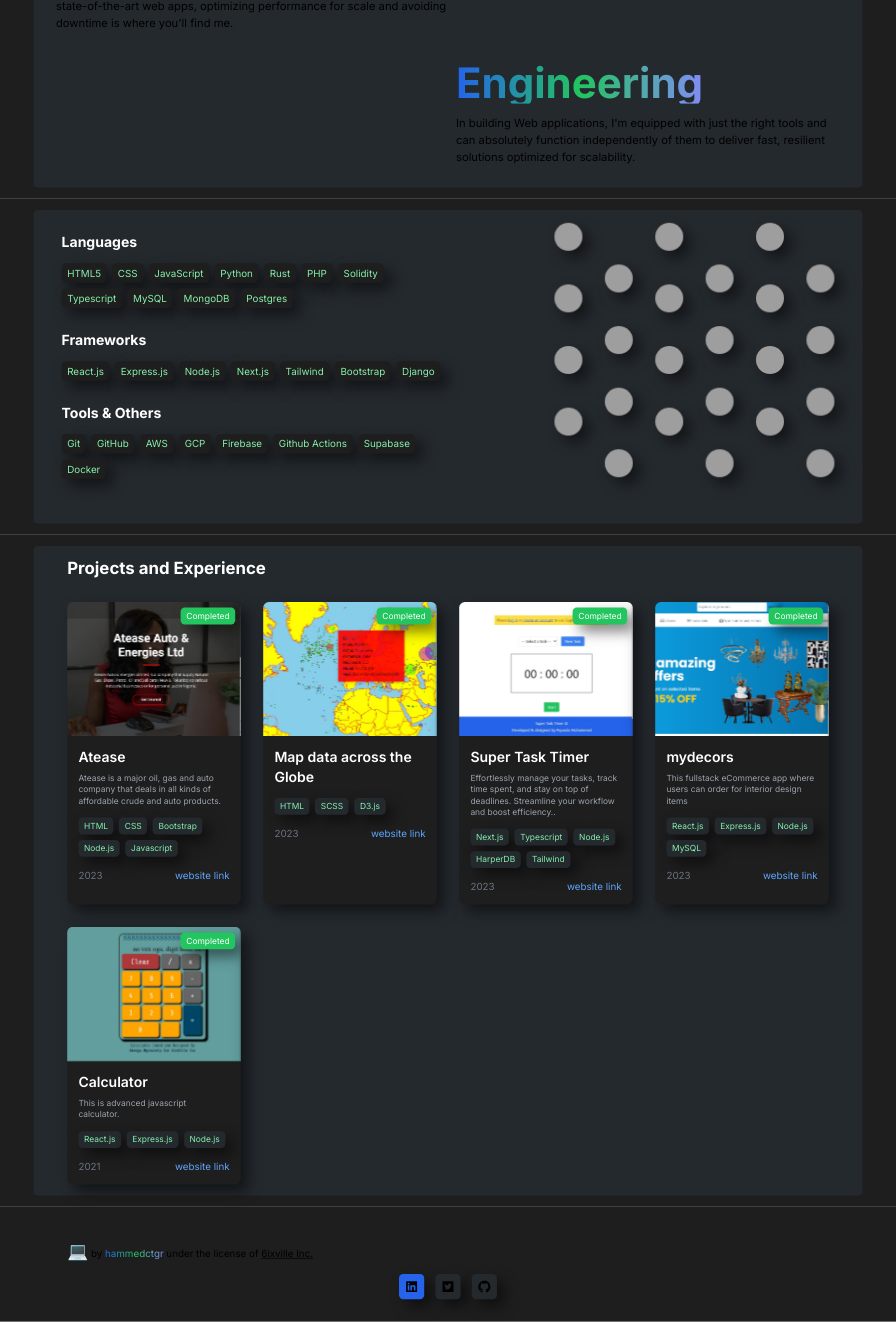
Repository: muhammedctgr/hammedctgr
Page: /
An editor plug-in stored every save of this project. The page is shown before and after a run of saves, followed by the edit.
The browser window is 1280 px wide. The pictures show the part of the page from y = 760 to 2680 px (the page is 2648 px tall before and 2680 px after), at 70% of full size.
Pictures or frames that could not be fetched are drawn as grey boxes. The project was rebuilt for these pictures with package versions that can differ from the ones it lists, and the page was loaded fresh each time. The framework's server and built-in components were replaced by stand-ins that run in the browser. Also part of the build but not shown: next.config.mjs.

Above is the page before, as saved 2024-08-18 10:09:28.

### app/layout.tsx
import type { Metadata } from "next";
import { Inter } from "next/font/google";
import "./globals.css";

const inter = Inter({ subsets: ["latin"] });

export const metadata: Metadata = {
  title: "Popoola Muhammed",
  description: "Generated by create next app",
};

export default function RootLayout({
  children,
}: Readonly<{
  children: React.ReactNode;
}>) {
  return (
    <html lang="en">
      <body className={inter.className}>{children}</body>
    </html>
  );
}

### app/page.tsx
import Head from 'next/head';
import Hero from '../components/Hero';
import SkillsSection from '@/components/SkillsSection';
import SummarySection from '@/components/SummarySection';
import ProjectsSection from '@/components/ProjectsSection';
import Footer from '@/components/Footer';

const Home = () => (
  <div>
    <Head>
      <title>Popoola Muhammed | Fullstack Dev</title>
      <meta name="description" content="Welcome to my developer portfolio" />
    </Head>

    <Hero />
    <SummarySection />
    <SkillsSection />
    <ProjectsSection />
    <Footer />
  </div>
);

export default Home;

### app/globals.css
@tailwind base;
@tailwind components;
@tailwind utilities;

:root {
  --foreground-rgb: 0, 0, 0;
  --background-start-rgb: 214, 219, 220;
  --background-end-rgb: 255, 255, 255;
}

@media (prefers-color-scheme: dark) {
  :root {
    --foreground-rgb: 255, 255, 255;
    --background-start-rgb: 0, 0, 0;
    --background-end-rgb: 0, 0, 0;
  }
}

body {
  color: rgb(var(--foreground-rgb));
  background: linear-gradient(
      to bottom,
      transparent,
      rgb(var(--background-end-rgb))
    )
    rgb(var(--background-start-rgb));
}

@layer utilities {
  .text-balance {
    text-wrap: balance;
  }
}


@keyframes upDown {
  0%, 100% {
    transform: translateY(0);
  }
  50% {
    transform: translateY(-10px); /* Adjust the value as needed */
  }
}

.animate-upDown {
  animation: upDown 2s infinite ease-in-out; /* Adjust duration as needed */
}


@keyframes scroll-medium {
  0% {
    transform: translateY(-100%);
  }
  100% {
    transform: translateY(100%);
  }
}

@keyframes scroll-fast {
  0% {
    transform: translateY(-100%);
  }
  100% {
    transform: translateY(30vh);
  }
}

@keyframes scroll-upfast {
  0% {
    transform: translateY(100%);
  }
  100% {
    transform: translateY(-30vh);
  }
}

.animate-scroll-upfast {
  animation: scroll-upfast 2s linear infinite;
}

.animate-scroll-fast {
  animation: scroll-fast 2s linear infinite;
}

.animate-scroll-medium {
  animation: scroll-medium 6s linear infinite;
}

.animate-scroll-delay {
  animation-delay: 2s;
}

.animate-scroll-delay-long {
  animation-delay: 4s;
}

.animate-scroll {
  animation: scroll 10s linear infinite;
}

.neumorph {
  border-radius: 5px;
  background: linear-gradient(145deg, #161414, #1a1818);
  box-shadow:  5px 5px 10px #111010,
               -5px -5px 10px #1f1c1c;
}

@keyframes slide {
  0% { transform: translateX(0); }
  100% { transform: translateX(-100%); }
}

.infinite-scroll {
  display: flex;
  animation: slide 2s ease-in-out infinite;
}

.infinite-scroll img {
  min-width: 100%;
}

### components/Hero.tsx
import Image from 'next/image';
import profilePic from '../public/profile.png';
import { AiFillLinkedin, AiFillGithub, AiFillTwitterSquare, AiFillX } from 'react-icons/ai';

const Hero = () => {
  return (
    <section className="bg-gptGray px-4 py-4 md:pt-8 md:px-8 lg:px-12 text-white flex items-center">
  <div className="container bg-githubGray shadow-lg rounded-md mx-auto flex flex-col md:flex-row md:px-2 relative overflow-hidden">
    <div className="flex-1 text-left p-4 md:p-8">
      <div className="inline-block bg-blue-600 text-black py-1 px-3 mb-4 rounded-md">
        Hi, I’m
      </div>
      <div className="mb-6">
        <h1 className="text-xl md:text-3xl font-bold">Popoola Muhammed</h1>
        <p className="mt-2 text-lg md:text-xl">Full-Stack Developer, I build and manage</p>
      </div>
      <ul className="mt-4 list-disc list-inside text-xs md:text-base">
        <li>Highly Optimized and Responsive <span className="text-blue-600">FRONT-END</span></li>
        <li>Secure and Scalable <span className="text-blue-600">BACK-END & DATABASE</span></li>
        <li><span className="text-blue-600">IT</span> Infrastructure</li>
      </ul>
      <div className="mt-6">
        <a href="#contact" className="underline">Let’s Connect</a>
        <div className="mt-2 flex justify-start space-x-4">
          <a href="#" className="bg-blue-600 p-2 rounded-md shadow-deep-all transform transition-transform duration-300 hover:scale-110">
            <AiFillLinkedin size={20} />
          </a>
          <a href="#" className="bg-githubGray p-2 rounded-md shadow-deep-all transform transition-transform duration-300 hover:scale-110">
            <AiFillTwitterSquare size={20} />
          </a>
          <a href="#" className="bg-githubGray p-2 rounded-md shadow-deep-all transform transition-transform duration-300 hover:scale-110">
            <AiFillGithub size={20} />
          </a>
        </div>
      </div>
    </div>
    <div className="relative flex-1 p-4 md:p-8">
      <img src="https://cdn.jsdelivr.net/gh/devicons/devicon@latest/icons/python/python-original.svg" className="right-4 w-8 h-8 md:w-16 md:h-16 lg:w-16 lg:h-16 bg-gptGray rounded-md animate-bounce shadow-deep-all" />
      <div className="relative w-40 h-40 md:w-72 md:h-72 lg:w-96 lg:h-96 mx-auto">
        <Image src={profilePic} alt="Popoola Muhammed" layout="fill" className="rounded-full object-cover animate-upDown" />
      </div>
      <img src="https://cdn.jsdelivr.net/gh/devicons/devicon@latest/icons/rust/rust-original.svg"  className="w-8 h-8 md:w-16 md:h-16 lg:w-16 lg:h-16 bg-gptGray rounded-3xl shadow-deep-all animate-bounce absolute top-8 right-4" />
      <img src="https://cdn.jsdelivr.net/gh/devicons/devicon@latest/icons/javascript/javascript-original.svg" className="w-8 h-8 md:w-12 md:h-12 lg:w-12 lg:h-12 bg-gptGray rounded-md animate-bounce shadow-deep-all" />
    </div>
    <img src="https://cdn.jsdelivr.net/gh/devicons/devicon@latest/icons/nextjs/nextjs-original.svg" className="w-8 h-8 md:w-12 md:h-12 lg:w-12 lg:h-12 bg-gptGray rounded-3xl shadow-deep-all animate-bounce absolute bottom-4 right-36" />
  </div>
</section>
  );
};

export default Hero;

### components/SkillsSection.tsx
import Image from 'next/image';
import { FC } from 'react';

interface SkillCategory {
  title: string;
  skills: { name: string; }[];
}

const skills: SkillCategory[] = [
  {
    title: "Languages",
    skills: [
      { name: "HTML5",  },
      { name: "CSS", },
      { name: "JavaScript",  },
      { name: "Python", },
      { name: "Rust",  },
      { name: "PHP", },
      { name: "Solidity",  },
      { name: "Typescript",  },
      { name: "MySQL",  },
      { name: "MongoDB", },
      { name: "Postgres", },
    ],
  },
  {
    title: "Frameworks",
    skills: [
      { name: "React.js", },
      { name: "Express.js",  },
      { name: "Node.js", },
      { name: "Next.js", },
      { name: "Tailwind", },
      { name: "Bootstrap", },
      { name: "Django", }
    ],
  },
  {
    title: "Tools & Others",
    skills: [
      { name: "Git",  },
      { name: "GitHub",  },
      { name: "AWS", },
      { name: "GCP", },
      { name: "Firebase", },
      { name: "Github Actions", },
      { name: "Supabase",  },
      { name: "Docker",  },
    ],
  },
];

const icons = [
  "/icons/html5.svg", // Replace with your icon paths
  "/icons/css3.svg",
  "/icons/javascript.svg",
  "/icons/python.svg",
  // Add the rest of the icons as needed
];

const SkillsSection: FC = () => {
  return (
  <section className="px-4 py-4 md:px-8 lg:px-12 bg-gptGray text-white w-full h-full">
  <div className="container bg-githubGray rounded-md mx-auto flex flex-col md:flex-row items-start md:px-2">
    <div className="flex-1 p-4 md:p-8">
      {skills.map((category) => (
        <div key={category.title} className="mb-8">
          <h2 className="text-lg md:text-xl font-bold mb-4 ">{category.title}</h2>
          <div className="flex flex-wrap gap-2">
            {category.skills.map((skill) => (
              <span
                key={skill.name}
                className={`px-2 py-1 rounded-md text-sm shadow-deep-all bg-gptGray text-green-300`}
              >
                {skill.name}
              </span>
            ))}
          </div>
        </div>
      ))}
    </div>
    <div className="flex-1 flex flex-col items-center md:items-end overflow-hidden md:pb-8">
      <div className="grid grid-cols-6 md:grid-cols-6 gap-8 p-4 md:p-8">
      <img src="https://cdn.jsdelivr.net/gh/devicons/devicon@latest/icons/html5/html5-original.svg" className="w-10 h-10 md:w-10 md:h-10 lg:w-10 lg:h-10 bg-gptGray rounded-3xl shadow-deep-all mt-4 animate-scroll-fast" />
      <img src="https://cdn.jsdelivr.net/gh/devicons/devicon@latest/icons/css3/css3-original.svg" className="w-10 h-10 md:w-10 md:h-10 lg:w-10 lg:h-10 bg-gptGray rounded-3xl shadow-deep-all mt-4 animate-scroll-upfast" />
      <img src="https://cdn.jsdelivr.net/gh/devicons/devicon@latest/icons/javascript/javascript-original.svg" className="w-10 h-10 md:w-10 md:h-10 lg:w-10 lg:h-10 bg-gptGray rounded-3xl shadow-deep-all mt-4 animate-scroll-fast" />
      <img src="https://cdn.jsdelivr.net/gh/devicons/devicon@latest/icons/python/python-original.svg" className="w-10 h-10 md:w-10 md:h-10 lg:w-10 lg:h-10 bg-gptGray rounded-3xl shadow-deep-all mt-4 animate-scroll-upfast" />
      <img src="https://cdn.jsdelivr.net/gh/devicons/devicon@latest/icons/rust/rust-original.svg"  className="w-10 h-10 md:w-10 md:h-10 lg:w-10 lg:h-10 bg-gptGray rounded-3xl shadow-deep-all mt-4 animate-scroll-fast" />
      <img src="https://cdn.jsdelivr.net/gh/devicons/devicon@latest/icons/php/php-original.svg" className="w-10 h-10 md:w-10 md:h-10 lg:w-10 lg:h-10 bg-gptGray rounded-3xl shadow-deep-all mt-4 animate-scroll-upfast"  />
      <img src="https://cdn.jsdelivr.net/gh/devicons/devicon@latest/icons/solidity/solidity-original.svg" className="w-10 h-10 md:w-10 md:h-10 lg:w-10 lg:h-10 bg-gptGray rounded-3xl shadow-deep-all mt-4 animate-scroll-fast" />
      <img src="https://cdn.jsdelivr.net/gh/devicons/devicon@latest/icons/typescript/typescript-original.svg" className="w-10 h-10 md:w-10 md:h-10 lg:w-10 lg:h-10 bg-gptGray rounded-3xl shadow-deep-all mt-4 animate-scroll-upfast" />
      <img src="https://cdn.jsdelivr.net/gh/devicons/devicon@latest/icons/mysql/mysql-original.svg" className="w-10 h-10 md:w-10 md:h-10 lg:w-10 lg:h-10 bg-gptGray rounded-3xl shadow-deep-all mt-4 animate-scroll-fast" />
      <img src="https://cdn.jsdelivr.net/gh/devicons/devicon@latest/icons/mongodb/mongodb-original.svg" className="w-10 h-10 md:w-10 md:h-10 lg:w-10 lg:h-10 bg-gptGray rounded-3xl shadow-deep-all mt-4 animate-scroll-upfast" />
      <img src="https://cdn.jsdelivr.net/gh/devicons/devicon@latest/icons/react/react-original.svg" className="w-10 h-10 md:w-10 md:h-10 lg:w-10 lg:h-10 bg-gptGray rounded-3xl shadow-deep-all mt-4 animate-scroll-fast" />
      <img src="https://cdn.jsdelivr.net/gh/devicons/devicon@latest/icons/nextjs/nextjs-original.svg" className="w-10 h-10 md:w-10 md:h-10 lg:w-10 lg:h-10 bg-gptGray rounded-3xl shadow-deep-all mt-4 animate-scroll-upfast" />
      <img src="https://cdn.jsdelivr.net/gh/devicons/devicon@latest/icons/tailwindcss/tailwindcss-original.svg" className="w-10 h-10 md:w-10 md:h-10 lg:w-10 lg:h-10 bg-gptGray rounded-3xl shadow-deep-all mt-4 animate-scroll-fast" />
      <img src="https://cdn.jsdelivr.net/gh/devicons/devicon@latest/icons/git/git-original.svg" className="w-10 h-10 md:w-10 md:h-10 lg:w-10 lg:h-10 bg-gptGray rounded-3xl shadow-deep-all mt-4 animate-scroll-upfast" />
      <img src="https://cdn.jsdelivr.net/gh/devicons/devicon@latest/icons/github/github-original.svg" className="w-10 h-10 md:w-10 md:h-10 lg:w-10 lg:h-10 bg-gptGray rounded-3xl shadow-deep-all mt-4 animate-scroll-fast" />
      <img src="https://cdn.jsdelivr.net/gh/devicons/devicon@latest/icons/amazonwebservices/amazonwebservices-original-wordmark.svg" className="w-10 h-10 md:w-10 md:h-10 lg:w-10 lg:h-10 bg-gptGray rounded-3xl shadow-deep-all mt-4 animate-scroll-upfast" />
      <img src="https://cdn.jsdelivr.net/gh/devicons/devicon@latest/icons/googlecloud/googlecloud-original.svg" className="w-10 h-10 md:w-10 md:h-10 lg:w-10 lg:h-10 bg-gptGray rounded-3xl shadow-deep-all mt-4 animate-scroll-fast" />
      <img src="https://cdn.jsdelivr.net/gh/devicons/devicon@latest/icons/postgresql/postgresql-original.svg" className="w-10 h-10 md:w-10 md:h-10 lg:w-10 lg:h-10 bg-gptGray rounded-3xl shadow-deep-all mt-4 animate-scroll-upfast" />
      <img src="https://cdn.jsdelivr.net/gh/devicons/devicon@latest/icons/supabase/supabase-original.svg" className="w-10 h-10 md:w-10 md:h-10 lg:w-10 lg:h-10 bg-gptGray rounded-3xl shadow-deep-all mt-4 animate-scroll-fast" />
      <img src="https://cdn.jsdelivr.net/gh/devicons/devicon@latest/icons/docker/docker-original.svg" className="w-10 h-10 md:w-10 md:h-10 lg:w-10 lg:h-10 bg-gptGray rounded-3xl shadow-deep-all mt-4 animate-scroll-upfast" />
      <img src="https://cdn.jsdelivr.net/gh/devicons/devicon@latest/icons/django/django-plain.svg" className="w-10 h-10 md:w-10 md:h-10 lg:w-10 lg:h-10 bg-gptGray rounded-3xl shadow-deep-all mt-4 animate-scroll-fast" />
      <img src="https://cdn.jsdelivr.net/gh/devicons/devicon@latest/icons/bootstrap/bootstrap-original.svg" className="w-10 h-10 md:w-10 md:h-10 lg:w-10 lg:h-10 bg-gptGray rounded-3xl shadow-deep-all mt-4 animate-scroll-upfast" />
      <img src="https://cdn.jsdelivr.net/gh/devicons/devicon@latest/icons/nodejs/nodejs-original.svg" className="w-10 h-10 md:w-10 md:h-10 lg:w-10 lg:h-10 bg-gptGray rounded-3xl shadow-deep-all mt-4 animate-scroll-fast" />
      <img src="https://cdn.jsdelivr.net/gh/devicons/devicon@latest/icons/githubactions/githubactions-original.svg" className="w-10 h-10 md:w-10 md:h-10 lg:w-10 lg:h-10 bg-gptGray rounded-3xl shadow-deep-all mt-4 animate-scroll-upfast" />
      </div>
    </div>
  </div>
</section>
  );
};

export default SkillsSection;

### components/SummarySection.tsx
import { FC } from 'react';

const SummarySection: FC = () => {
  return (
<section className="px-4 py-4 md:px-8 lg:px-12 bg-gptGray relative overflow-hidden">
  <div className="container bg-githubGray mx-auto flex rounded-md flex-col md:flex-row justify-between items-start md:px-8 p-4 md:p-8">
    <div className=" mb-8 md:mb-8">
      <div className="mb-4">
        <span className="text-4xl md:text-6xl font-bold bg-gradient-to-r from-blue-600 via-green-500 to-indigo-400 inline-block text-transparent bg-clip-text">Software</span>
      </div>
      <p className="text-sm md:text-base">
        I'm probably not the typical dev stationed behind a computer, but building state-of-the-art web apps, optimizing performance for scale and avoiding downtime is where you'll find me.
      </p>
    </div>
    <div className=" md:mt-48">
      <div className="mb-4">
        <span className="text-4xl md:text-6xl font-bold bg-gradient-to-r from-blue-600 via-green-500 to-indigo-400 inline-block text-transparent bg-clip-text">Engineering</span>
      </div>
      <p className="text-sm md:text-base">
        In building Web applications, I'm equipped with just the right tools and can absolutely function independently of them to deliver fast, resilient solutions optimized for scalability.
      </p>
    </div>
  </div>
</section>
  );
};

export default SummarySection;

### components/ProjectsSection.tsx
import { FC } from 'react';

interface Project {
  title: string;
  description: string;
  technologies: string[];
  date: string;
  status: string;
  images: string[];
  link: string;
}

const projects: Project[] = [
  {
    title: "Atease",
    description: "Atease is a major oil, gas and auto company that deals in all kinds of affordable crude and auto products.",
    technologies: ["HTML", "CSS", "Bootstrap", "Node.js", "Javascript"],
    date: "2023",
    status: "Completed",
    images: ["at1.jpg", "at2.jpg", "at3.jpg",],
    link: "https://ateasegroup.com",
  },
  {
    title: "Map data across the Globe",
    description: "",
    technologies: ["HTML", "SCSS", "D3.js",],
    date: "2023",
    status: "Completed",
    images: ["md1.jpg", "md2.jpg",],
    link: "https://example.com",
  },
  {
    title: "Super Task Timer",
    description: "Effortlessly manage your tasks, track time spent, and stay on top of deadlines. Streamline your workflow and boost efficiency..",
    technologies: ["Next.js", "Typescript", "Node.js", "HarperDB", "Tailwind"],
    date: "2023",
    status: "Completed",
    images: ["sp1.jpg", "sp2.jpg",],
    link: "https://super-task-timer-5o5i.vercel.app/",
  },
  {
    title: "mydecors",
    description: "This fullstack eCommerce app where users can order for interior design items",
    technologies: ["React.js", "Express.js", "Node.js", "MySQL"],
    date: "2023",
    status: "Completed",
    images: ["dec1.jpg", "dec2.jpg",],
    link: "https://mydecors-prod.vercel.app/",
  },
  {
    title: "Calculator",
    description: "This is advanced javascript calculator.",
    technologies: ["React.js", "Express.js","Node.js",],
    date: "2021",
    status: "Completed",
    images: ["calc2.jpg", "calc1.jpg", "at1.jpg",],
    link: "https://codepen.io/6ix-ville/full/zYEOQex",
  },
  // Add more projects as needed...
];

const ProjectsSection: FC = () => {
  return (
    <section className="bg-gptGray md:px-8 px-4 py-4 lg:px-12">
      <div className="container bg-githubGray rounded-md mx-auto md:px-8">
        <h2 className="text-2xl font-bold text-white p-4">Projects and Experience</h2>
        <div className="grid grid-cols-1 sm:grid-cols-3 lg:grid-cols-4 gap-8 p-4">
          {projects.map((project, index) => (
            <div key={index} className="bg-gptGray rounded-lg overflow-hidden shadow-deep-all transform transition-transform duration-300 hover:scale-105 ">
              <div className="relative w-full h-48 overflow-hidden">
                <div className="absolute inset-0 flex animate-slide infinite-scroll">
                  {project.images.map((image, i) => (
                    <img key={i} src={image} alt={`${project.title} image ${i + 2}`} className="w-full h-full object-cover shadow-deep-all" />
                  ))}
                </div>
                <span className="shadow-deep-all absolute top-2 right-2 bg-green-500 text-xs text-white px-2 py-1 rounded-md">{project.status}</span>
              </div>
              <div className="p-4">
                <h3 className="text-xl font-semibold text-white mb-2">{project.title}</h3>
                <p className="text-gray-400 text-xs mb-4">{project.description}</p>
                <div className="flex flex-wrap gap-2 mb-4">
                  {project.technologies.map((tech, i) => (
                    <span key={i} className="bg-githubGray shadow-deep-all text-green-300 text-xs px-2 py-1 rounded-md">{tech}</span>
                  ))}
                </div>
                <div className="flex justify-between items-center">
                  <span className="text-gray-500 text-sm">{project.date}</span>
                  <a href={project.link} target="_blank" rel="noopener noreferrer" className="text-blue-400 hover:underline text-sm">website link</a>
                </div>
              </div>
            </div>
          ))}
        </div>
      </div>
    </section>
  );
};

export default ProjectsSection;

### components/Footer.tsx
import { AiFillLinkedin, AiFillGithub, AiFillTwitterSquare, AiFillX } from 'react-icons/ai';

const Footer = () => {
    return (
        <div className="bg-gptGray px-4 py-4 md:pt-4 md:px-4 lg:px-12">
            <div className='bg-gptGray px-4 py-4 md:pt-8 md:px-12 text-sm'>
                <p>
                <span className='text-2xl'>&#128187;</span> by <span className='bg-gradient-to-r from-blue-600 via-green-500 to-indigo-400 inline-block text-transparent bg-clip-text'>hammedctgr</span> under the license of <a href="https://6ixville.github.io/" target="_blank" rel="noopener noreferrer" className='underline'>6ixville Inc.</a>
                </p>
                <div className="">
                    <div className="flex justify-center space-x-4 mt-4">
                        <a href="#" className="bg-blue-600 p-2 rounded-md shadow-deep-all transform transition-transform duration-300 hover:scale-110">
                            <AiFillLinkedin size={20} />
                        </a>
                        <a href="#" className="bg-githubGray p-2 rounded-md shadow-deep-all transform transition-transform duration-300 hover:scale-110">
                            <AiFillTwitterSquare size={20} />
                        </a>
                        <a href="#" className="bg-githubGray p-2 rounded-md shadow-deep-all transform transition-transform duration-300 hover:scale-110">
                            <AiFillGithub size={20} />
                        </a>
                    </div>
                </div>
            </div>
       </div>
     );
}

export default Footer;

### tailwind.config.ts
import type { Config } from "tailwindcss";

const config: Config = {
  content: [
    "./pages/**/*.{js,ts,jsx,tsx,mdx}",
    "./components/**/*.{js,ts,jsx,tsx,mdx}",
    "./app/**/*.{js,ts,jsx,tsx,mdx}",
  ],
  theme: {
    extend: {
      backgroundImage: {
        "gradient-radial": "radial-gradient(var(--tw-gradient-stops))",
        "gradient-conic":
          "conic-gradient(from 180deg at 50% 50%, var(--tw-gradient-stops))",
      },
      colors: {
        githubGray: '#24292e',
        gptGray: '#1e1e1e', // Define the exact color
        gradient: 'bg-gradient-to-r from-blue-600 via-green-500 to-indigo-400 inline-block text-transparent bg-clip-text'
      },
      boxShadow: {
        'deep-right': '10px 10px 20px rgba(0, 0, 0, 0.25)',  // Right side shadow
        'deep-left': '-10px 10px 20px rgba(0, 0, 0, 0.25)',  // Left side shadow
        'deep-top': '10px -10px 20px rgba(0, 0, 0, 0.25)',   // Top side shadow
        'deep-bottom': '10px 10px 20px rgba(0, 0, 0, 0.25)', // Bottom side shadow
        'deep-all': '10px 10px 20px rgba(0, 0, 0, 0.5)',     // All sides shadow
      }
    },
  },
  plugins: [],
};
export default config;

After the next 3 saves:
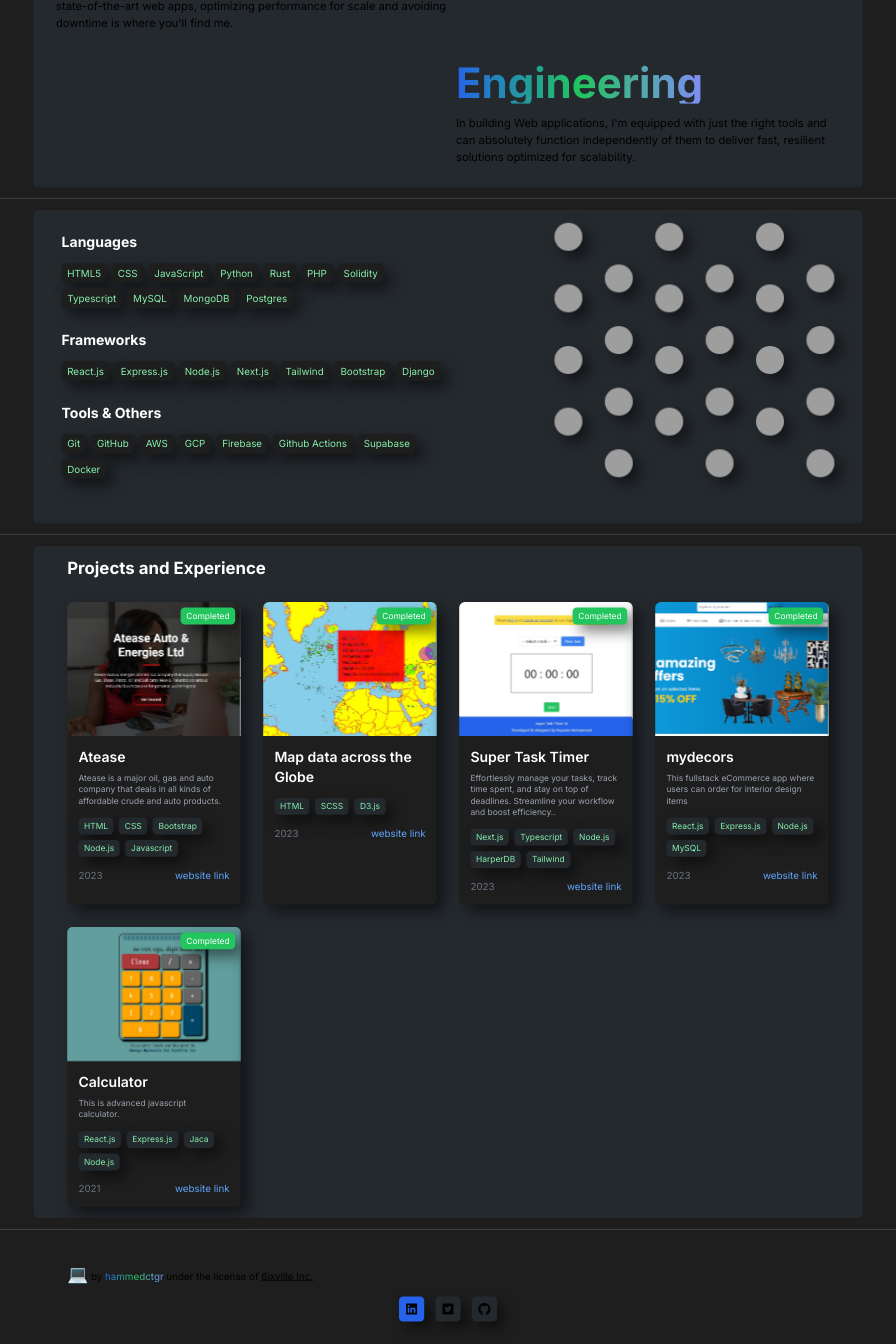
The 3 saves are shown as one change because 1 did not build or start and some came seconds apart.
The last was saved 18 s later.
--- a/components/ProjectsSection.tsx
+++ b/components/ProjectsSection.tsx
@@ -50,7 +50,7 @@ const projects: Project[] = [
   {
     title: "Calculator",
     description: "This is advanced javascript calculator.",
-    technologies: ["React.js", "Express.js","Node.js",],
+    technologies: ["React.js", "Express.js", "Jaca","Node.js",],
     date: "2021",
     status: "Completed",
     images: ["calc2.jpg", "calc1.jpg", "at1.jpg",],
